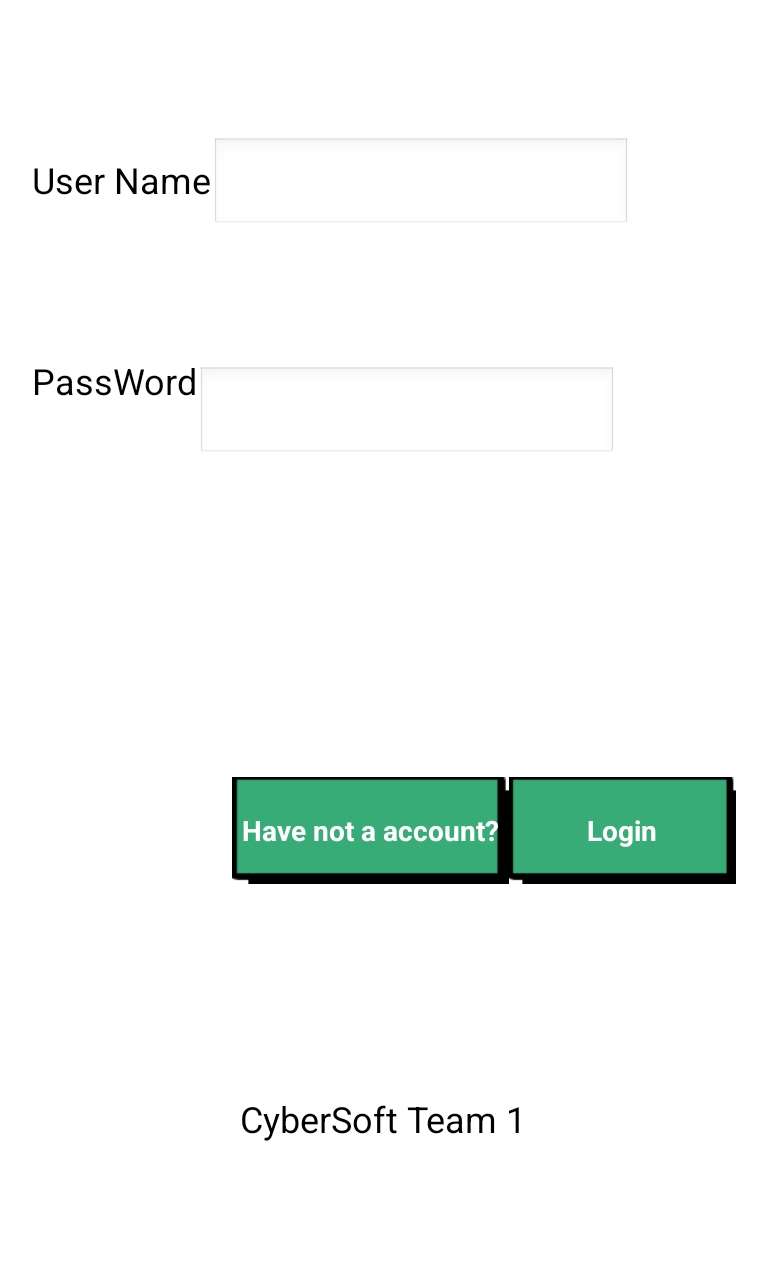
Repository: VanThi/Smart_Order
Layout: Project OS/Project_SO/res/layout/activity_login.xml
These files come from the project's save history. The layout is drawn as it stood at one moment and after the next save; the edit follows.
It is drawn on a 768 x 1280 px phone screen (xhdpi) without system bars, with theme android:Theme.Light.NoTitleBar.Fullscreen; the app's code is not run.

Above is the layout before, as saved 2013-11-09 11:24:00.

After the next save:
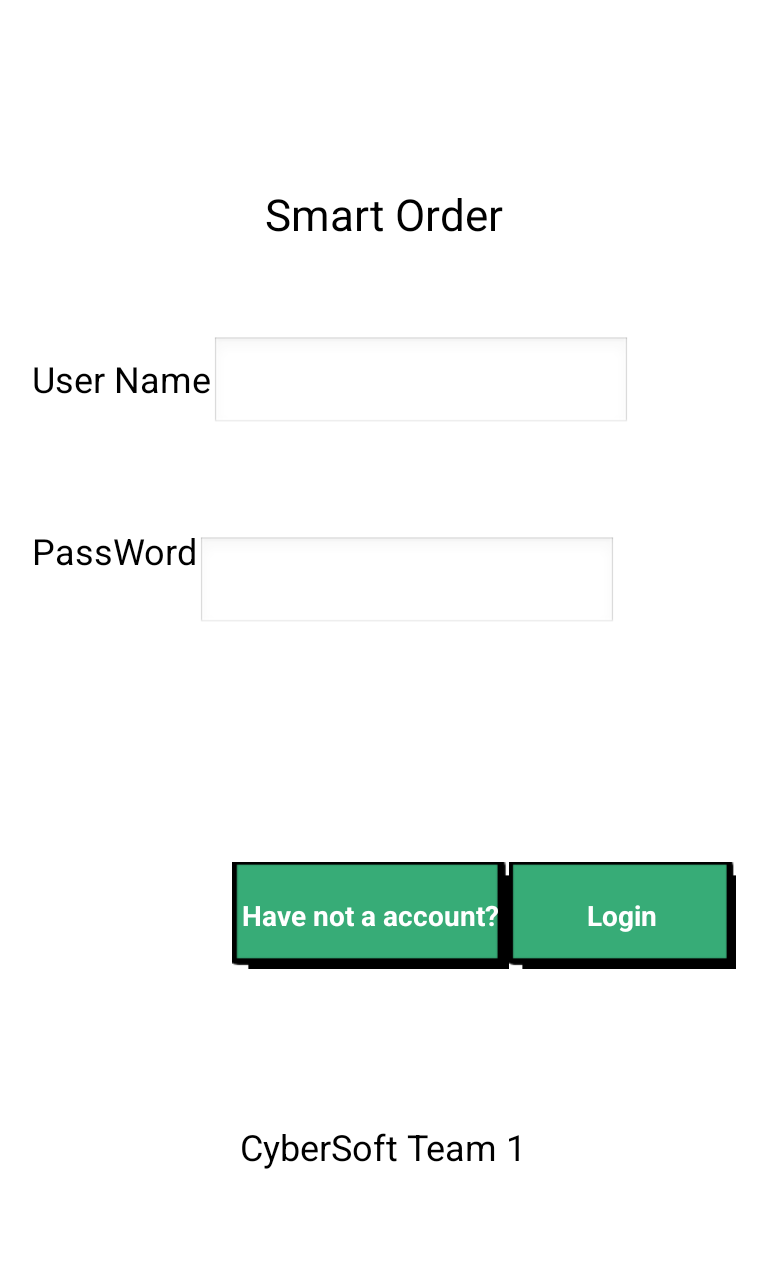
Saved 54 s later.
--- a/Project OS/Project_SO/res/layout/activity_login.xml
+++ b/Project OS/Project_SO/res/layout/activity_login.xml
@@ -13,12 +13,14 @@
         android:layout_width="wrap_content"
         android:layout_height="0dip"
         android:layout_gravity="center_horizontal"
-        android:layout_weight="1"
-        />
+        android:layout_weight="2" />
 
     <TextView
         android:id="@+id/smartOrder"
-
+        android:layout_width="wrap_content"
+        android:layout_height="0dip"
+        android:layout_gravity="center_horizontal"
+        android:layout_weight="2"
         android:text="@string/app_name"
         android:textAppearance="?android:attr/textAppearanceLarge" />
 
@@ -68,8 +70,8 @@
     <LinearLayout
         android:layout_width="wrap_content"
         android:layout_height="wrap_content"
+        android:layout_gravity="right"
         android:layout_weight="2"
-        android:layout_gravity="right"
         android:orientation="horizontal" >
 
         <Button
